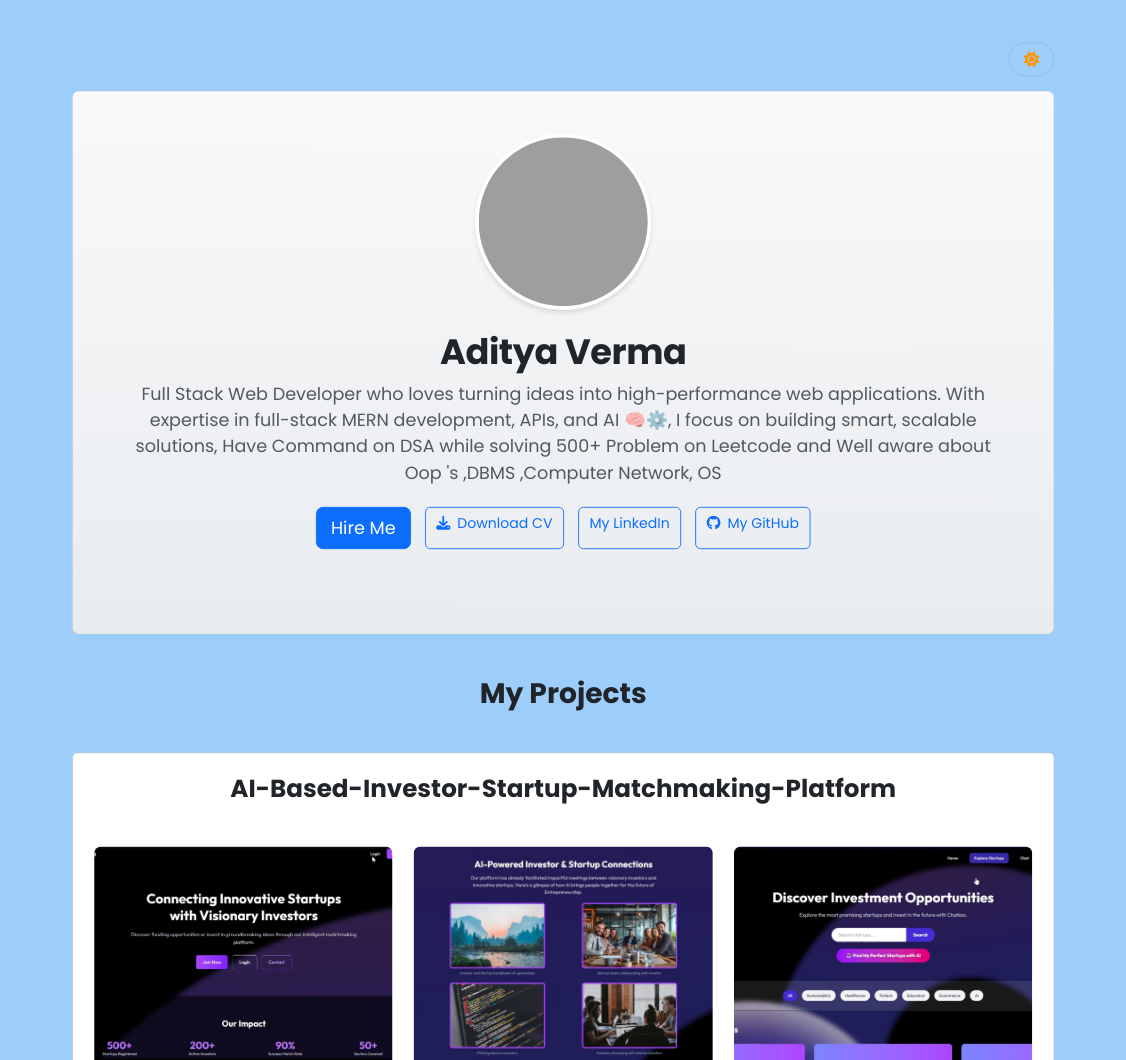
Repository: AdityaTech-Pro/Portfolio-Aditya-Verma
Page: Aditya Portfolio/index.html
An editor plug-in stored every save of this project. The page is shown before and after the next save, followed by the edit.
The browser window is 1280 px wide. The pictures show the part of the page from y = 0 to 1204 px (the page is 5031 px tall before and 4999 px after), at 88% of full size.
Pictures or frames that could not be fetched are drawn as grey boxes.

Above is the page before, as saved 2026-01-07 23:52:04.

After the next save:
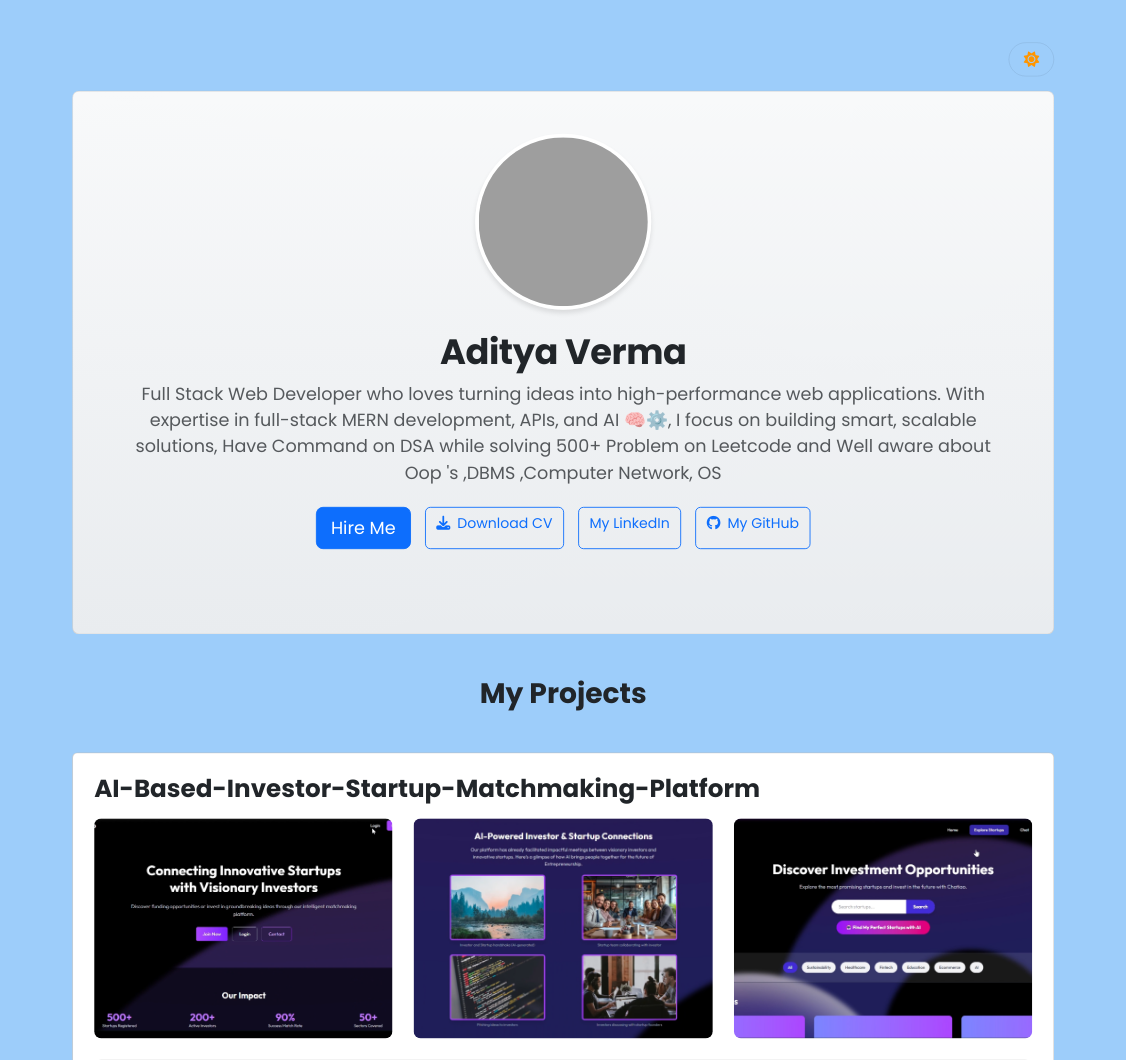
Saved 2 min 2 s later.
--- a/Aditya Portfolio/index.html
+++ b/Aditya Portfolio/index.html
@@ -249,7 +249,7 @@
             <!--Project1-->
             <div class="card project-card mb-5">
                 <div class="card-body p-4">
-                    <h3 class="text-center fw-bold mb-5">AI-Based-Investor-Startup-Matchmaking-Platform</h3>
+                    <h3 class="card-title fw-bold mb-3">AI-Based-Investor-Startup-Matchmaking-Platform</h3>
 
                     <!-- Project Images -->
                     <div class="row g-4 mb-4">
